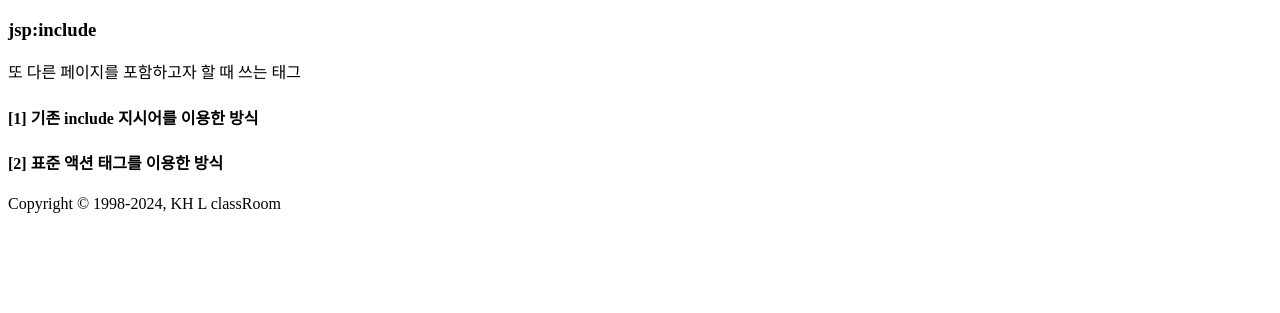
Repository: hailey-516/servlet
Page: http://localhost/3_elAction/views/2_Standard_Action/01_include.jsp
The author's editor kept a copy of each file at every save. The page is drawn from the files as they stood at one save, then again after the next save.
The browser window is 1280 px wide. The pictures show the whole page.
The page is served by Tomcat 9. Other server files are loaded and not shown.

Above is the page before, as saved 2024-08-27 01:30:39.

### 3_elAction/src/main/webapp/views/2_Standard_Action/01_include.jsp
<%@ page language="java" contentType="text/html; charset=UTF-8"
    pageEncoding="UTF-8"%>
<!DOCTYPE html>
<html>
<head>
<meta charset="UTF-8">
<title>standard action tag - include</title>
</head>
<body>
	<h3>jsp:include</h3>
	<p>또 다른 페이지를 포함하고자 할 때 쓰는 태그</p>

	<h4>[1] 기존 include 지시어를 이용한 방식</h4>
	<%--
	<%@ include file="footer.jsp" %>
	--%>

	<h4>[2] 표준 액션 태그를 이용한 방식</h4>
	<jsp:include page="footer.jsp"></jsp:include>
</body>
</html>

### 3_elAction/src/main/webapp/views/2_Standard_Action/footer.jsp
<%@ page language="java" contentType="text/html; charset=UTF-8"
    pageEncoding="UTF-8"%>
<%@ page import="java.text.SimpleDateFormat, java.util.Date" %>
<!DOCTYPE html>
<html>
<head>
<meta charset="UTF-8">
<title>Insert title here</title>
</head>
<body>
<%-- new java.text.SimpleDateFormat("yyyy").format(new java.util.Date());+ --%>
<%
	String year = new SimpleDateFormat("yyyy").format(new Date());
%>
	Copyright &copy; 1998-<%= year %>, KH L classRoom
</body>
</html>

After the next save:
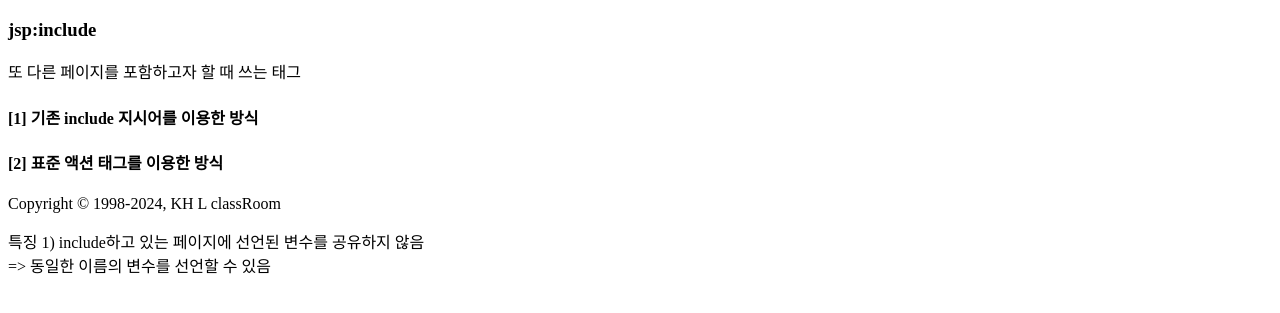
Saved 4 min 48 s later.
--- a/3_elAction/src/main/webapp/views/2_Standard_Action/01_include.jsp
+++ b/3_elAction/src/main/webapp/views/2_Standard_Action/01_include.jsp
@@ -16,6 +16,13 @@
 	--%>
 
 	<h4>[2] 표준 액션 태그를 이용한 방식</h4>
-	<jsp:include page="footer.jsp"></jsp:include>
+	<jsp:include page="footer.jsp"/>
+	<%-- <jsp:include page="footer.jsp"></jsp:include> --%>
+	<br>
+	<p>
+		특징 1) include하고 있는 페이지에 선언된 변수를 공유하지 않음 <br>
+		=> 동일한 이름의 변수를 선언할 수 있음
+	</p>
+	<% String year = "2020"; %>
 </body>
 </html>
